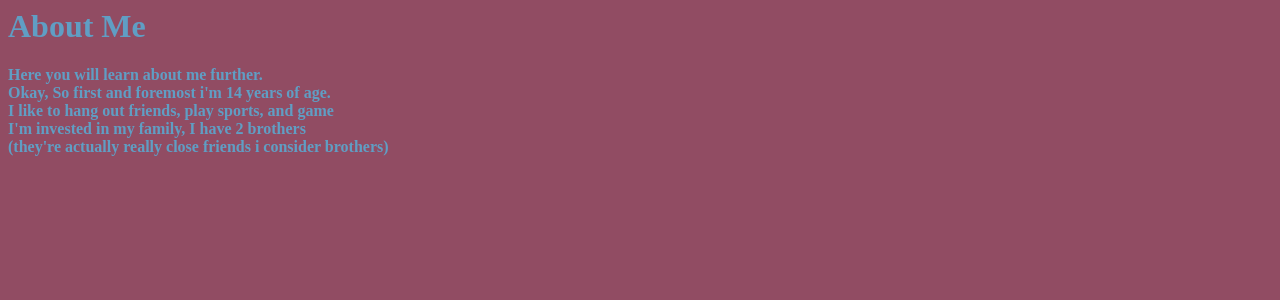
Repository: RyanGutierrez/RyanGutierrez.github.io
Page: about.html
The author's editor kept a record of every edit. The page is drawn from the files as they stood at one moment, then again after the next edit.
The browser window is 1280 px wide. The pictures show the whole page.

Above is the page before.

After the next edit:
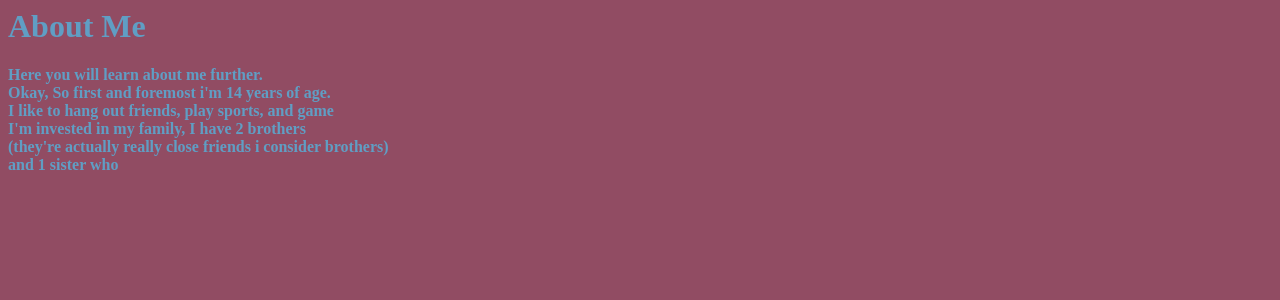
The edit:
--- a/about.html
+++ b/about.html
@@ -22,7 +22,7 @@
         Okay, So first and foremost i'm 14 years of age.<br>
         I like to hang out friends, play sports, and game<br>
         I'm invested in my family, I have 2 brothers<br>
-        (they're actually really close friends i consider brothers)</strong><br>
-        </p>
+        (they're actually really close friends i consider brothers)<br>
+        and 1 sister who </strong></p>
     </body>
 </html>
